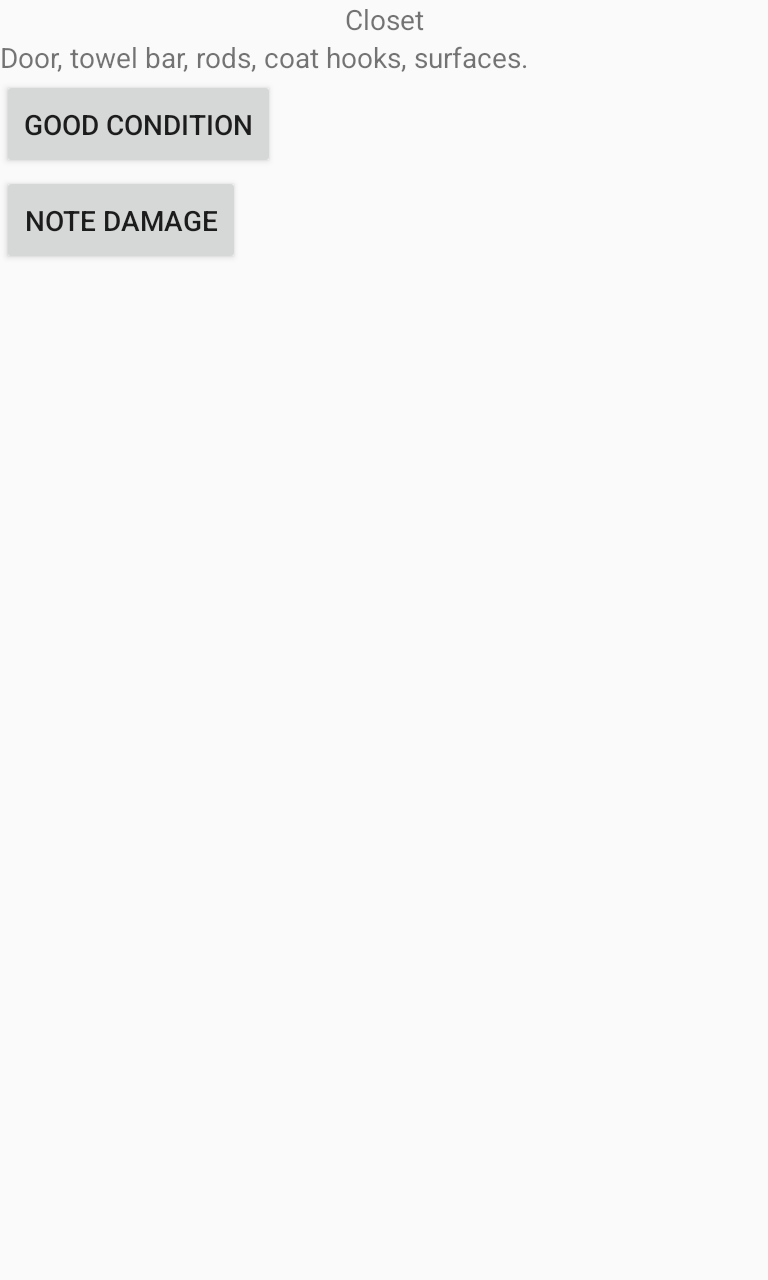
Repository: Android-BD/android-final-project
Layout: FinalProject/res/layout/rcr_form_element_fragment.xml
The author's editor kept a copy of each file at every save. The layout is drawn from the files as they stood at one save, then again after the next save.
It is drawn on a 768 x 1280 px phone screen (xhdpi) without system bars, with theme AppTheme; the app's code is not run.

Above is the layout before, as saved 2014-05-08 02:07:35.

After the next save:
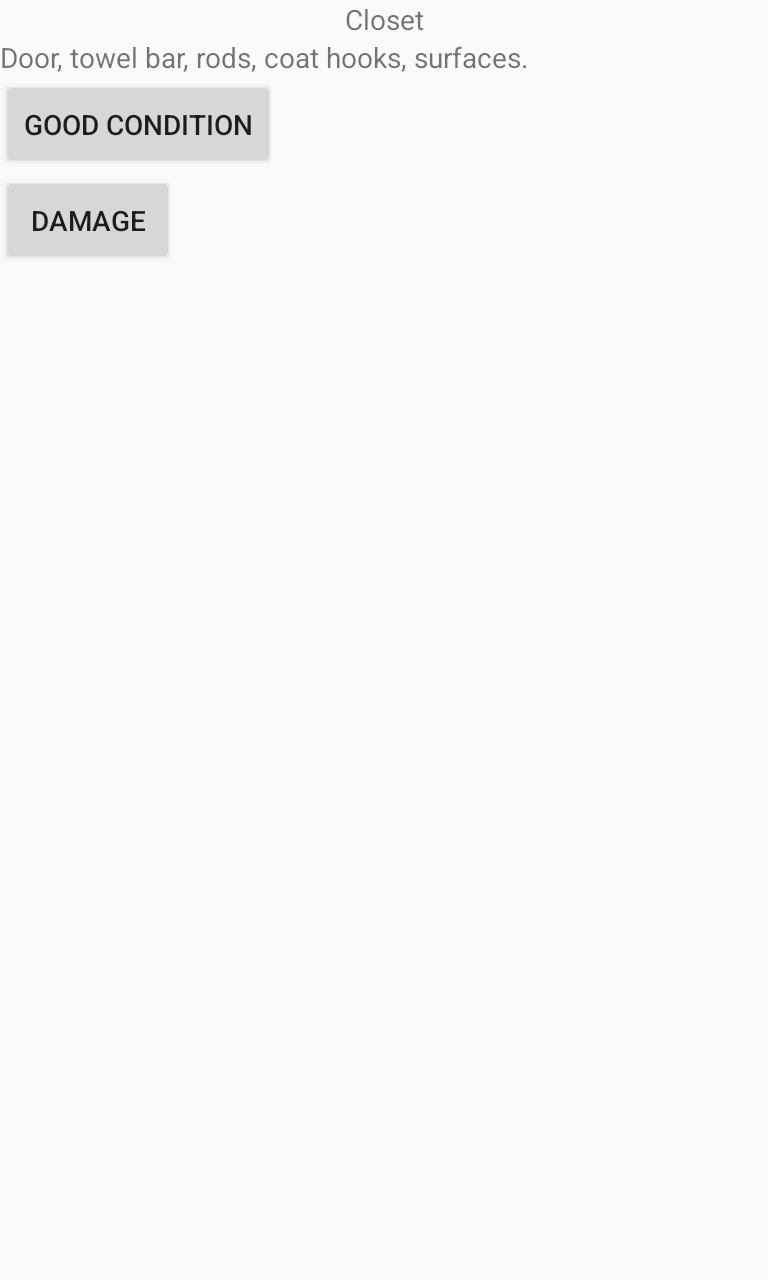
Saved 100 s later.
--- a/FinalProject/res/layout/rcr_form_element_fragment.xml
+++ b/FinalProject/res/layout/rcr_form_element_fragment.xml
@@ -23,7 +23,7 @@
     <Button android:id="@+id/category_note_damage_button"
         android:layout_width="wrap_content"
         android:layout_height="wrap_content"
-        android:text="@string/note_damage" />
+        android:text="@string/damage" />
 
 
 </LinearLayout>
